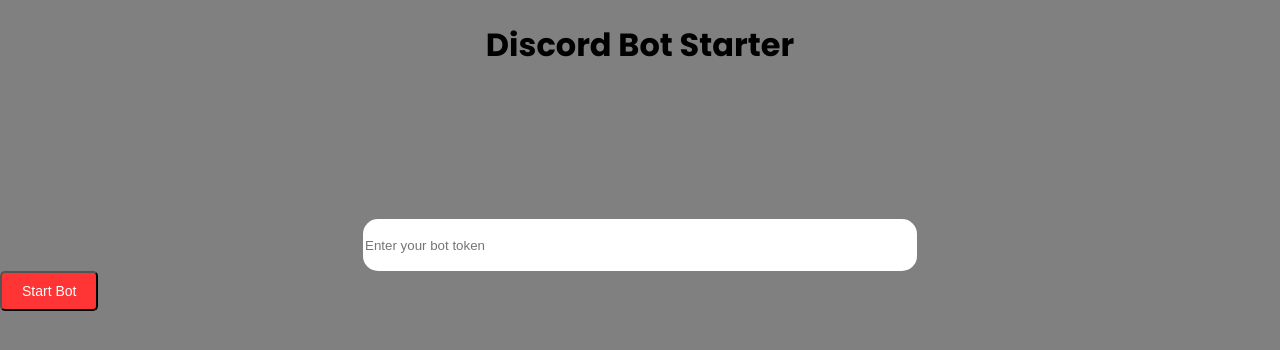
Repository: ranger2202/discord-bot-panel
Page: ranger-bot-runner/app/templates/landing.html
These files come from the project's save history. The page is drawn as it stood at one moment and after the next save; the edit follows.
The browser window is 1280 px wide. The pictures show the whole page.

Above is the page before, as saved 2023-12-30 12:10:47.

### ranger-bot-runner/app/templates/landing.html
<!DOCTYPE html>
<html lang="en">
<head>
    <meta charset="UTF-8">
    <meta name="viewport" content="width=device-width, initial-scale=1.0">
    <link rel="stylesheet" href="./../static/landing.css">
    <link rel="preconnect" href="https://fonts.googleapis.com">
    <link rel="preconnect" href="https://fonts.gstatic.com" crossorigin>
    <link href="https://fonts.googleapis.com/css2?family=Poppins:wght@400;500;600;700&display=swap" rel="stylesheet">
    <title>Discord Bot Starterqwrqwr</title>
</head>
<body>
    <h1 class="bot-header">Discord Bot Starter</h1>
    <div class="bot-token">
        <input class="bot-token-password" type="password" id="token" placeholder="Enter your bot token">
    </div>
    <div class="start-button">
        <button class="start-button" onclick="startBot()">Start Bot</button>
    </div>


    <script type="text/javascript" src="./../static/js/app.js"></script>
</body>
</html>

### ranger-bot-runner/app/static/landing.css
body {
    background-color: grey;
    padding: 0;
    margin: 0;
    font-family: 'Poppins', sans-serif;
}
.start-button button{
    position: absolute;
    display: inline-block;
    padding: 10px 20px;
    font-size: 14px;
    text-decoration: none;
    color: #ffffff;
    background-color: #FF3434;
    border-radius: 5px;
    transition: background-color 0.3s ease-in-out;
}
.bot-header{
    display: flex;
    justify-content: center;
}
.bot-token{
    display: flex;
    justify-content: center;
    margin-top: 150px;
}
.bot-token-password{
    width: 550px;
    height: 50px;
    border-radius: 15px;
    color: #000;
    border: none;

}

### ranger-bot-runner/app/static/js/app.js
function startBot() {
  var token = document.getElementById('token').value;
  fetch('/start_bot', {
      method: 'POST',
      headers: {
          'Content-Type': 'application/json',
      },
      body: JSON.stringify({ bot_token: token }),  // Adjusted to match server expectation
  })
  .then(response => response.json())
  .then(data => {
      alert(data.message);  // Display the server response message
  })
  .catch(error => {
      alert('There was an error somewhere.');
  });
}

After the next save:
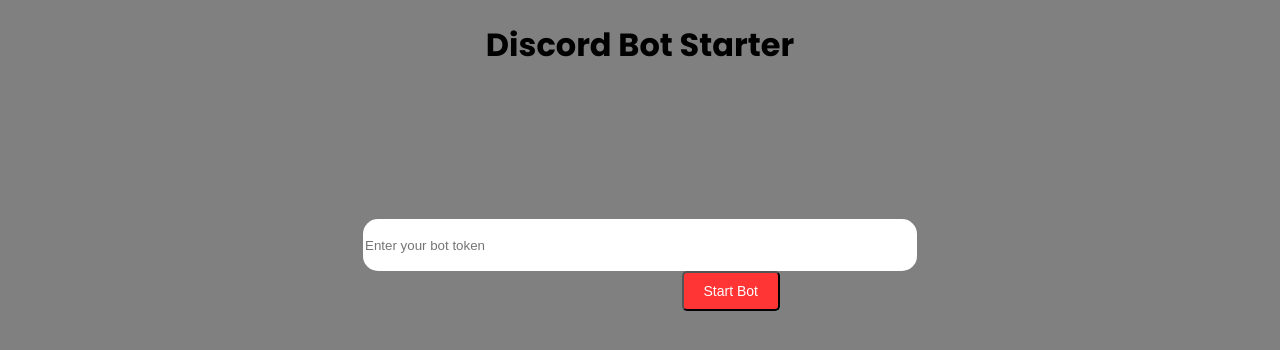
Saved 8 s later.
--- a/ranger-bot-runner/app/static/landing.css
+++ b/ranger-bot-runner/app/static/landing.css
@@ -6,6 +6,7 @@
 }
 .start-button button{
     position: absolute;
+    right: 500px;
     display: inline-block;
     padding: 10px 20px;
     font-size: 14px;
